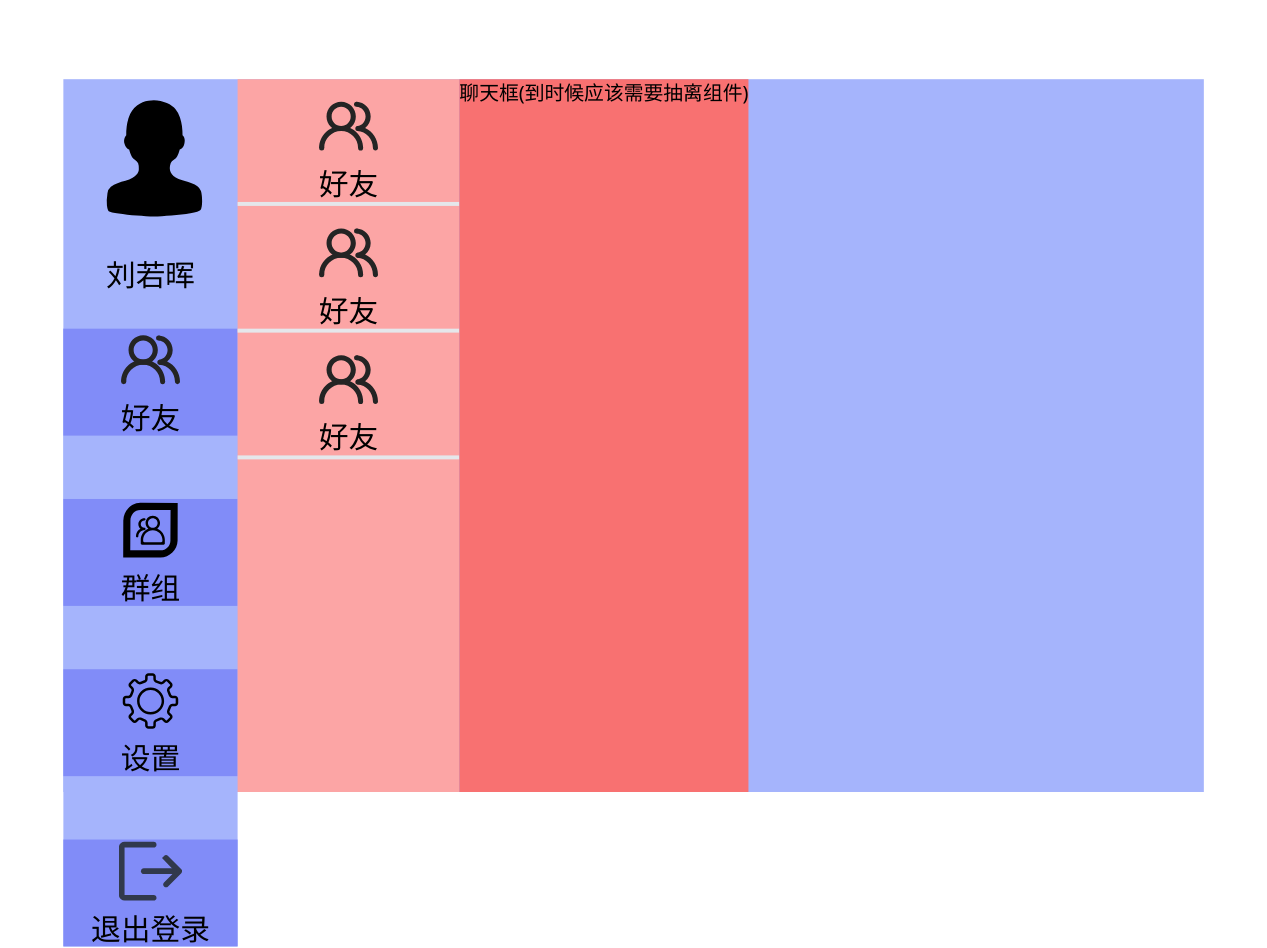
Repository: LiuRuohui/test_the_tailwindcss
Page: /
These files come from the project's save history. The page is drawn as it stood at one moment and after the next save; the edit follows.
The browser window is 1280 px wide. The pictures show the whole page, at 99% of full size.
The project was rebuilt for these pictures with package versions that can differ from the ones it lists, and the page was loaded fresh each time. Also part of the build but not shown: vite.config.js, src/components/WelcomingPage.vue, src/components/RegisterPage.vue, src/components/LoginPage.vue, src/components/ForgetPasswd.vue, src/components/HelloWorld.vue, src/components/UpdateInformation.vue, src/components/ShowInformation.vue.

Above is the page before, as saved 2022-03-08 23:27:38.

### src/App.vue
<script setup>
import WelcomingPage from "./components/WelcomingPage.vue"
import RegisterPage from "./components/RegisterPage.vue"
import LoginPage from "./components/LoginPage.vue";
import ForgetPasswd from "./components/ForgetPasswd.vue";
import HelloWorld from "./components/HelloWorld.vue";
import UpdateInformation from "./components/UpdateInformation.vue";
import ShowInformation from "./components/ShowInformation.vue";
import MainPage from "./components/MainPage.vue";
</script>

<template>
<!--<WelcomingPage class="bg-blue-50 page"></WelcomingPage>
<RegisterPage class="bg-blue-50 page"></RegisterPage>
<LoginPage class="bg-blue-50 page"></LoginPage>
<ForgetPasswd class="bg-blue-50 page"></ForgetPasswd>
<UpdateInformation class="bg-blue-50 page"></UpdateInformation>
<ShowInformation class="bg-blue-50 page"></ShowInformation> -->
<MainPage class="bg-blue-50 page"></MainPage>

</template>

<style>
.page{
    height: 100vh;
}
</style>

### src/index.css
@tailwind base;
@tailwind components;
.inputFrame {
    @apply appearance-none rounded-none relative block w-full px-3 py-2 border border-gray-300 placeholder-gray-500 text-gray-900
}

.inputFrame:focus {
    @apply outline-none border-indigo-500 z-10 inline-block px-5 py-3 rounded-lg shadow-lg
}

.btn {
    @apply relative flex w-full justify-center py-2 border border-transparent font-medium rounded-md text-white bg-indigo-600
}

.btn:hover {
    @apply bg-indigo-700
}

.btn:focus {
    @apply outline-none ring-2 ring-offset-2 ring-indigo-500
}

@tailwind utilities;
@layer components {
    .card {
        background-color: theme('colors.blue.500');
        border-radius: theme('borderRadius.lg');
        padding: theme('spacing.6');
        box-shadow: theme('boxShadow.xl');
    }
    /* ... */
}

### src/components/MainPage.vue
<template>
<div class="flex flex-row sm:mx-16 sm:my-20 sm:text-xl bg-indigo-300">
    <div class="sm:basis-44 ">
        <div class="grid grid-rows-3 sm:gap-6 gap-3">
            <div class="row-span-2">
                <img src="../assets/用户.svg" alt="" class="mt-2 h-8 sm:mt-4 sm:h-32 w-2/3 mx-auto">
            </div>
            <div class="sm:text-3xl text-center m-auto">{{nickname}}</div>
            <div class="grid grid-rows-4 gap-16 bg-indigo-300">
                <div class="bg-indigo-400" @click="gotoFriends">
                    <img src="../assets/好友.svg" alt="好友" class="h-16 m-auto">
                    <p class="sm:text-3xl text-xl text-center mt-2">好友</p>
                </div>
                <div class="bg-indigo-400" @click="gotoGroups">
                    <img src="../assets/群组.svg" alt="群组" class="h-16 m-auto">
                    <p class="sm:text-3xl text-xl text-center mt-2">群组</p>
                </div>
                <div class="bg-indigo-400" @click="settings">
                    <img src="../assets/设置.svg" alt="设置" class="h-16 m-auto">
                    <p class="sm:text-3xl text-xl text-center mt-2">设置</p>
                </div>
                <div class="bg-indigo-400" @click="Logout">
                    <img src="../assets/退出.svg" alt="退出" class="h-16 m-auto">
                    <p class="sm:text-3xl text-xl text-center mt-2">退出登录</p>
                </div>
            </div>
        </div>
    </div>

    <div class="sm:basis-56 bg-red-300">
        <div v-for="friend in friends.name" class="mt-4 sm:text-xl">
            <img src="../assets/好友.svg" alt="好友" class="h-16 m-auto">
            <p class="sm:text-3xl text-xl text-center mt-2 ">好友</p>
            <hr class="border-2">
        </div>
    </div>

    <div class="sm:basis-auto bg-red-400">
      聊天框(到时候应该需要抽离组件)
    </div>
</div>
</template>

<script setup>
import {ref,reactive} from "vue"
const nickname = ref('刘若晖')

const friends = reactive({
    name:['123','456','789'],
    message:[],
})

const groups = reactive({})

function settings(){
    alert('你点击了设置')
}

function gotoFriends(){
    alert('显示好友列表')
}

function gotoGroups(){
    alert('显示群组列表')
}

function Logout(){
    var choose = confirm('退出登录!')
    if(choose == true){
        alert('退出登录，返回登录界面')
    }else{
        alert('111')
    }
}
</script>

### tailwind.config.js
module.exports = {
    content: [
        "./index.html",
        "./src/**/*.{vue,js,ts,jsx,tsx}",
    ],
    theme: {
        extend: {},
    },
    variants: {
        backgroundColor: ['responsive', 'hover', 'focus', 'active']
    },
    plugins: [],
}

Loaded but not shown: index.html (common file); src/main.js (common file)

After the next save:
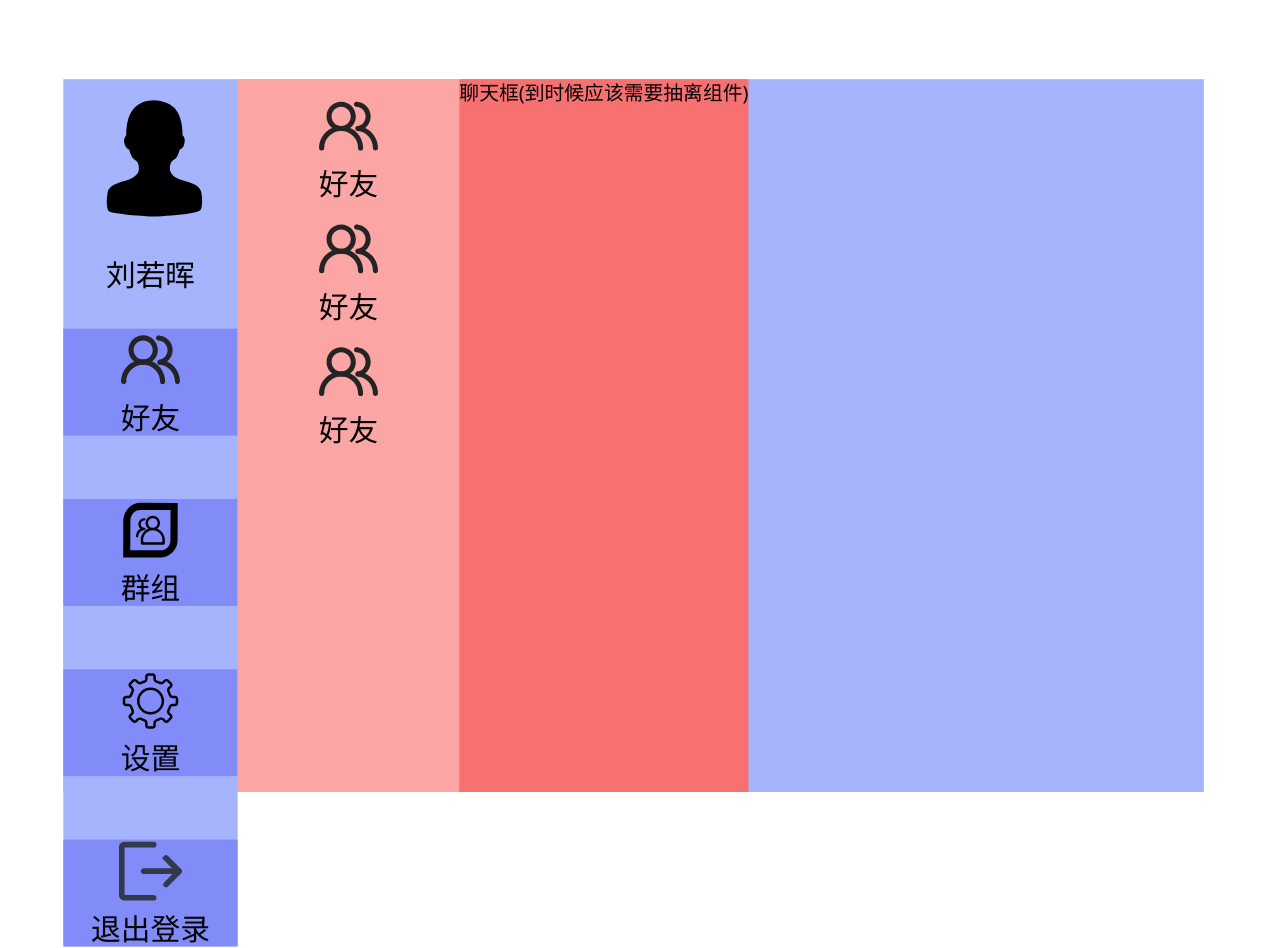
Saved 8 s later.
--- a/src/components/MainPage.vue
+++ b/src/components/MainPage.vue
@@ -31,7 +31,7 @@
         <div v-for="friend in friends.name" class="mt-4 sm:text-xl">
             <img src="../assets/好友.svg" alt="好友" class="h-16 m-auto">
             <p class="sm:text-3xl text-xl text-center mt-2 ">好友</p>
-            <hr class="border-2">
+
         </div>
     </div>
 

After the save that followed:
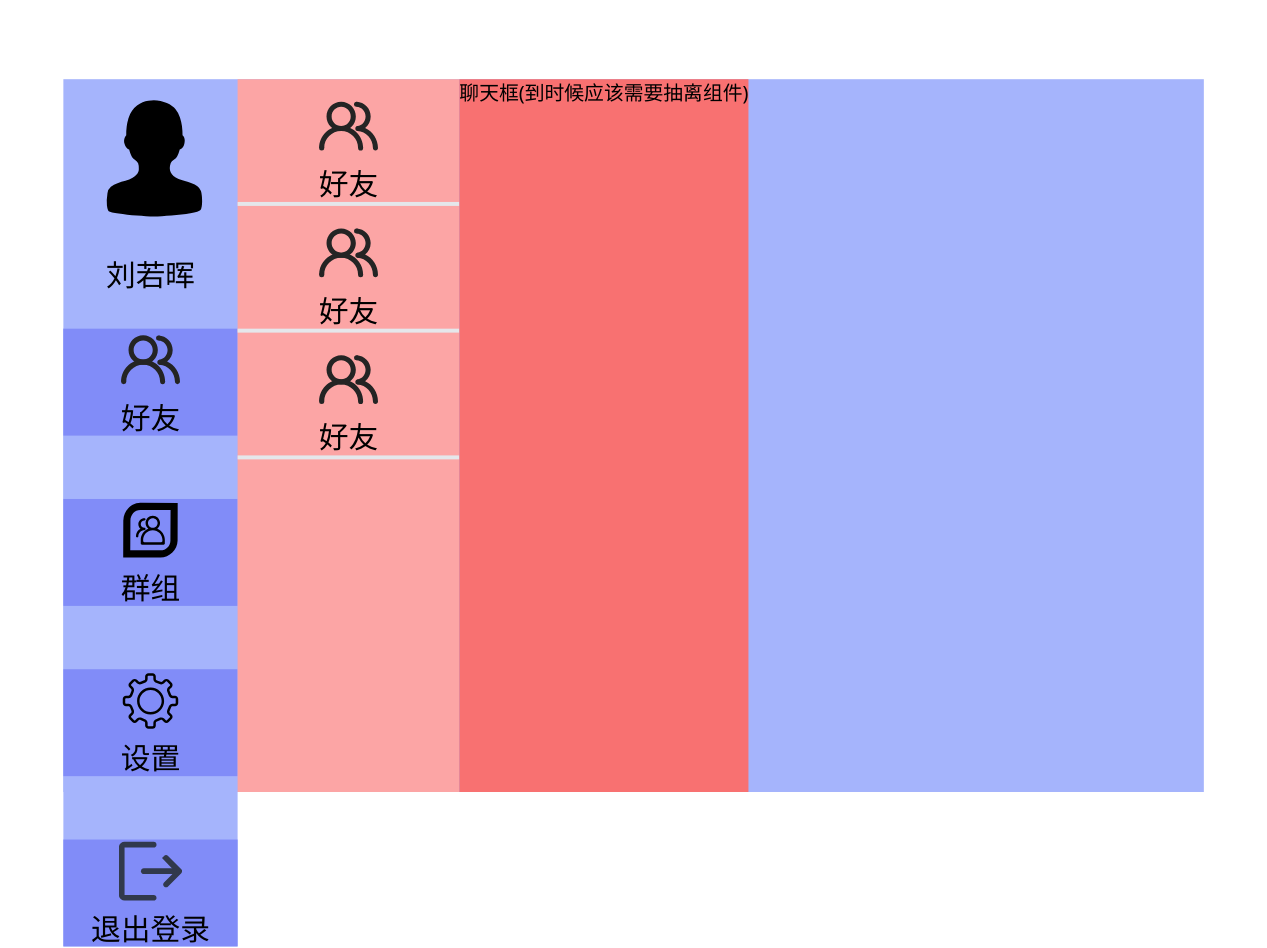
Saved 6 s later.
--- a/src/components/MainPage.vue
+++ b/src/components/MainPage.vue
@@ -31,7 +31,7 @@
         <div v-for="friend in friends.name" class="mt-4 sm:text-xl">
             <img src="../assets/好友.svg" alt="好友" class="h-16 m-auto">
             <p class="sm:text-3xl text-xl text-center mt-2 ">好友</p>
-
+            <hr class="border-2">
         </div>
     </div>
 
